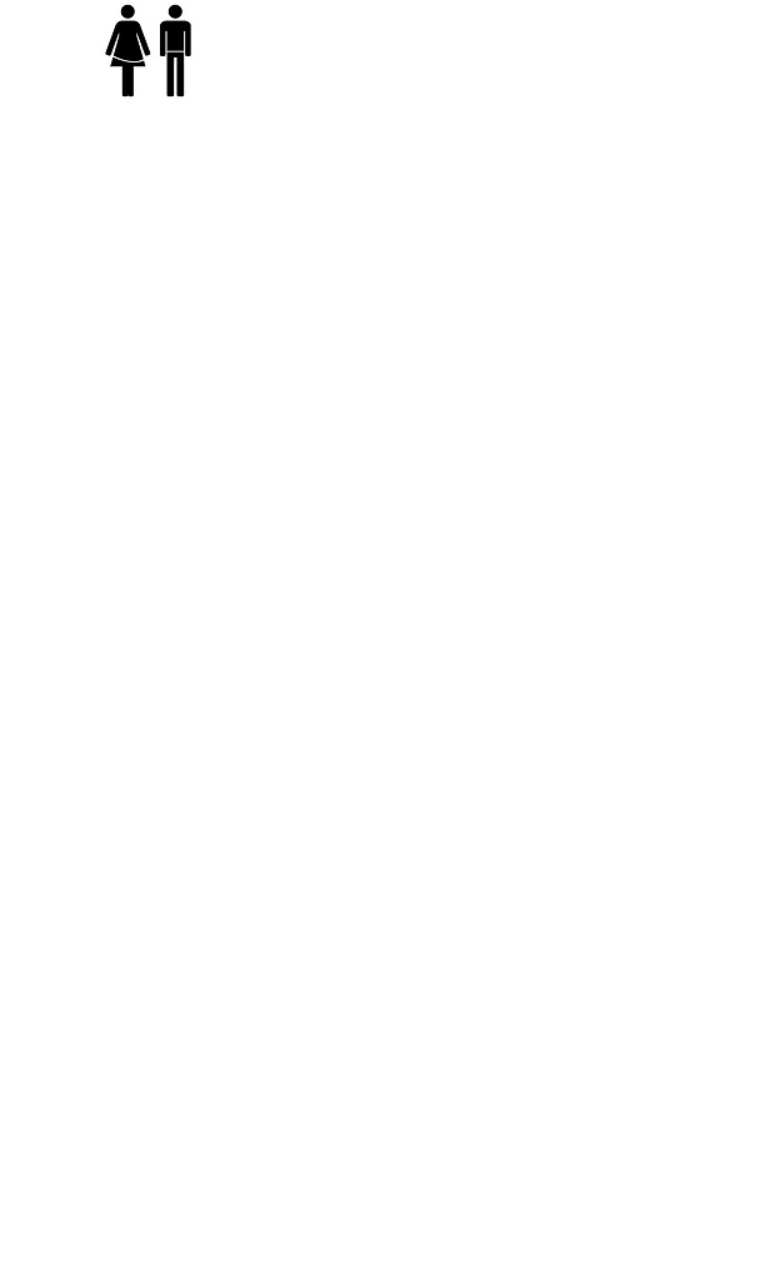
Repository: vinnare89/ASA
Layout: ASA/res/layout/list_item_layout.xml
The author's editor kept a copy of each file at every save. The layout is drawn from the files as they stood at one save, then again after the next save.
It is drawn on a 768 x 1280 px phone screen (xhdpi) without system bars, with theme AppTheme; the app's code is not run.

Above is the layout before, as saved 2013-12-28 19:16:15.

### ASA/res/layout/list_item_layout.xml
<?xml version="1.0" encoding="utf-8"?>
<TableLayout xmlns:android="http://schemas.android.com/apk/res/android"
    android:layout_width="match_parent"
    android:layout_height="match_parent" >
    <TableRow>

        <ImageView
            android:id="@+id/img"
            android:layout_width="50dp"
            android:layout_height="50dp" />

        <TextView
            android:id="@+id/txt"
            android:layout_width="wrap_content"
            android:layout_height="50dp" />
        <ImageView
            android:id="@+id/toilette"
            android:layout_width="50dp"
            android:layout_height="50dp"
            android:src="@drawable/toilette"
            android:layout_gravity="right|center_vertical" />

    </TableRow>

</TableLayout>

Loaded but not shown: ASA/res/values/styles.xml (common file); ASA/res/values-v11/styles.xml (common file); ASA/res/values-v14/styles.xml (common file)

After the next save:
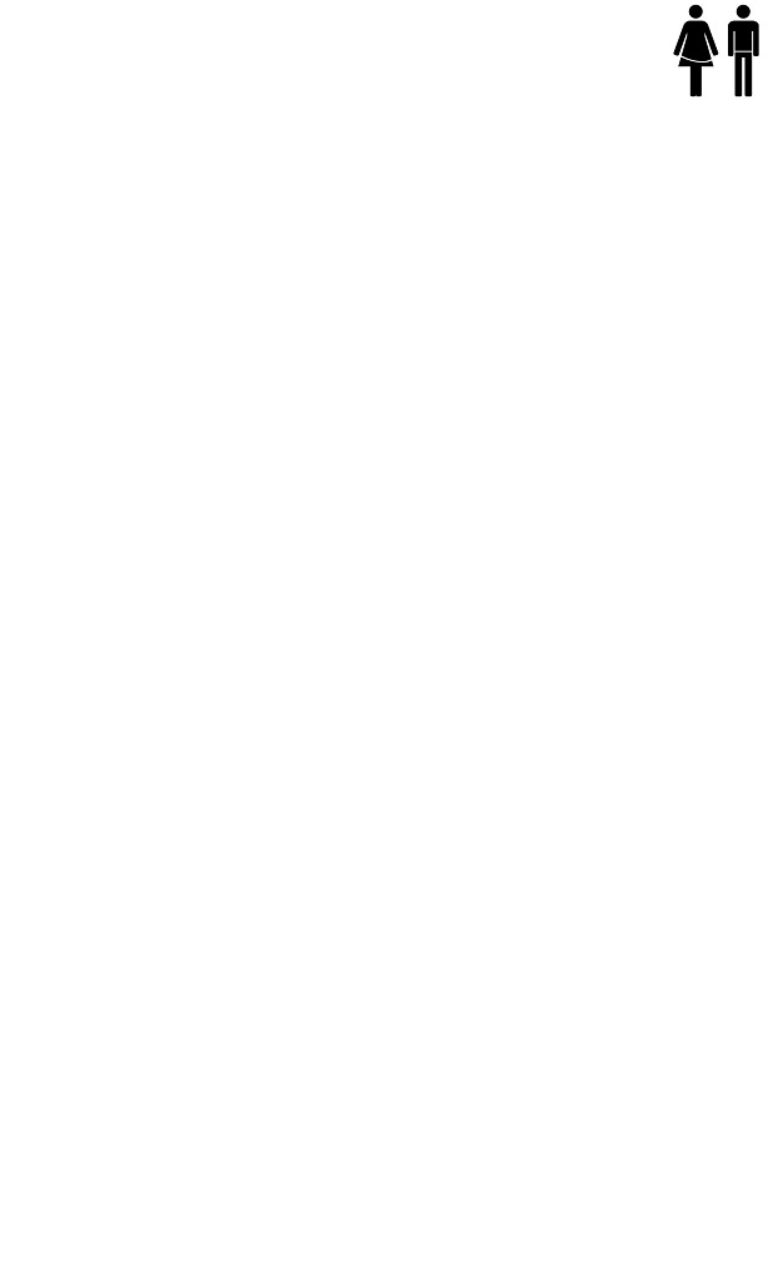
Saved 27 s later.
--- a/ASA/res/layout/list_item_layout.xml
+++ b/ASA/res/layout/list_item_layout.xml
@@ -1,7 +1,8 @@
 <?xml version="1.0" encoding="utf-8"?>
 <TableLayout xmlns:android="http://schemas.android.com/apk/res/android"
     android:layout_width="match_parent"
-    android:layout_height="match_parent" >
+    android:layout_height="match_parent"
+    android:stretchColumns="1">
     <TableRow>
 
         <ImageView
